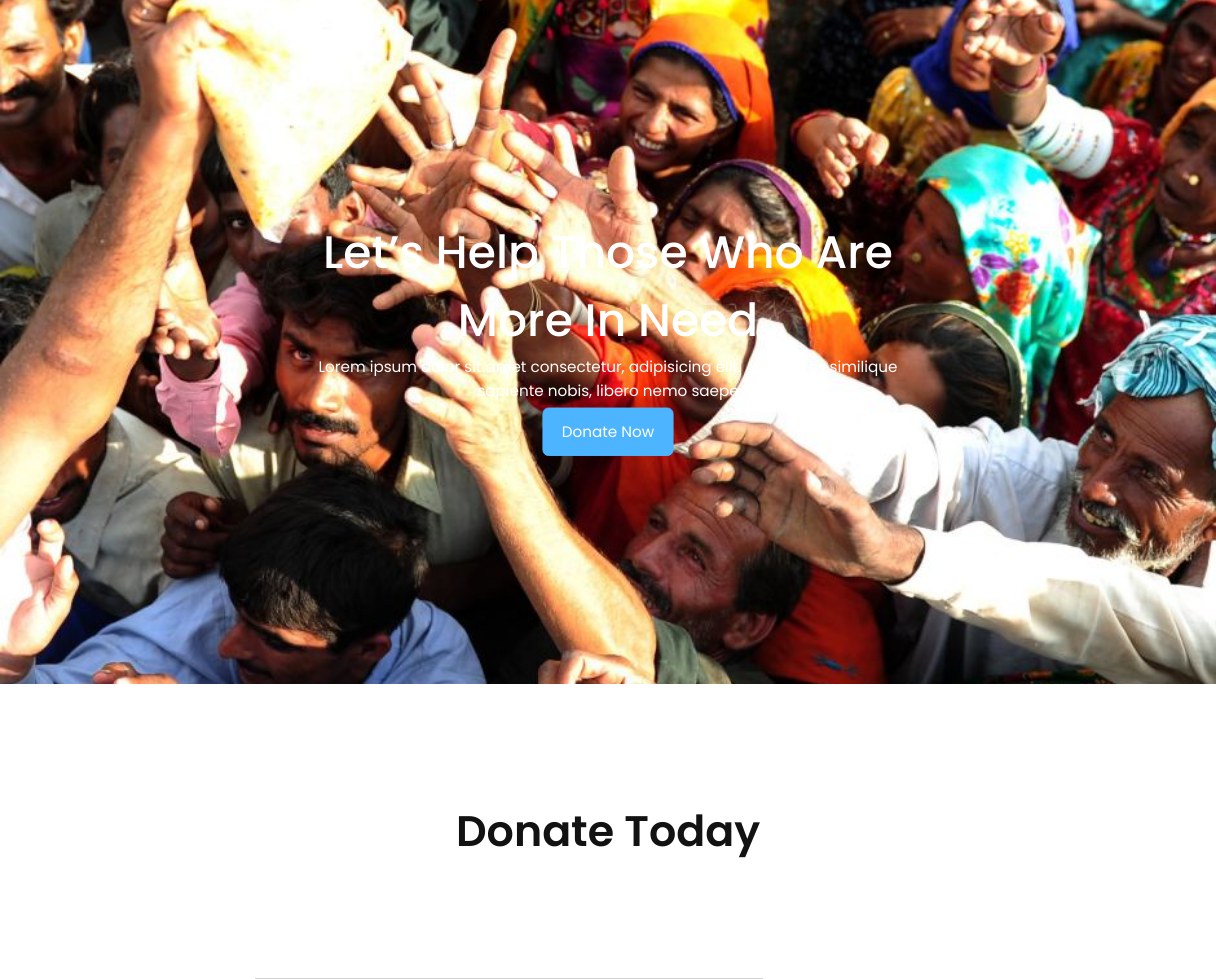
Repository: mdrubel02/donate-website
Page: index.html
An editor plug-in stored every save of this project. The page is shown before and after the next save, followed by the edit.
The browser window is 1280 px wide. The pictures show the whole page, at 95% of full size.

Above is the page before, as saved 2022-07-06 12:39:33.

### index.html
<!DOCTYPE html>
<html lang="en">
<head>
    <meta charset="UTF-8">
    <meta http-equiv="X-UA-Compatible" content="IE=edge">
    <meta name="viewport" content="width=device-width, initial-scale=1.0">
    <title>Our Donate Website</title>
    <link rel="stylesheet" href="./index.css">
</head>
<body>
    <!-- banner section -->
    <section class="banner-section">
            <div class="banner-content">
                <h1>Let’s Help Those Who Are More In Need</h1>
                <p>Lorem ipsum dolor sit amet consectetur, adipisicing elit. Asperiores similique sapiente nobis, libero nemo saepe</p>
                <a href="" class="btn btn-primary">Donate Now</a>
            </div>
    </section>

    <!-------- Donate Today------->
    <section class="container">
            <h2 class="section-title">Donate Today</h2>
    </section>
</body>
</html>

### index.css
/* =====GOOGLE FONTS====== */
@import url('https://fonts.googleapis.com/css2?family=Poppins:wght@300;400;500;600&display=swap');

/* =====COMMON STYLES====== */
* {
    margin: 0;
    padding: 0;
    border: 0;
    outline: 0;
    list-style: none;
    text-decoration: none;
}

body {
    font-family: 'Poppins', sans-serif;
    color: #fff;
}

h1,
h2,
h3,
h4,
h5,
h6 {
    font-weight: 500;
}

img {
    display: block;
    width: 100%;
    object-fit: cover;
}

.container {
    max-width: 1200px;
    margin: 0 auto;
    padding: 0 30px;
    margin-top: 10%;
    margin-bottom: 10%;
    box-sizing: border-box;
}

a {
    color: #fff;
    transition: all 400ms ease;
}

a:hover {
    color: #fff;
}

.btn {
    text-align: center;
    width: max-content;
    display: inline-block;
    color: #fff;
    padding: 0.75rem 1.2rem;
    border-radius: 0.4rem;
    border: 1px solid #4db5ff;
    cursor: pointer;
    transition: all 400ms ease;
}

.btn:hover {
    background: #fff;
    color: #4db5ff;
    border: 1px solid #4db5ff;
}

.btn-primary {
    background: #4db5ff;
    color: #fff;
}

.section-title {
    color: #121212;
    font-weight: 700;
    font-size: 45px;
    line-height: 54px;
    text-align: center;
}

hr {
    border: 1px solid #DADADA;
}


/* ========BANNER SECTION STYLE======== */

.banner-section {
    background-image: url(./images/donation0.jpg);
    background-repeat: no-repeat;
    background-size: cover;
    background-position: center center;
    height: 100vh;
    width: 100%;
    position: relative;
}

.banner-section:after {
    content: "";
    position: absolute;
    top: 0;
    left: 0;
    width: 100%;
    height: 100%;
    background-color: rgba(0, 0, 0, 0.5);
    opacity: .7;
    z-index: -1;
}

.banner-content {
    position: absolute;
    width: 50%;
    top: 32%;
    left: 25%;
    text-align: center;
}

.banner-content h1 {
    font-size: 3rem;
}

.banner-content p {
    margin-bottom: 5px;
}

After the next save:
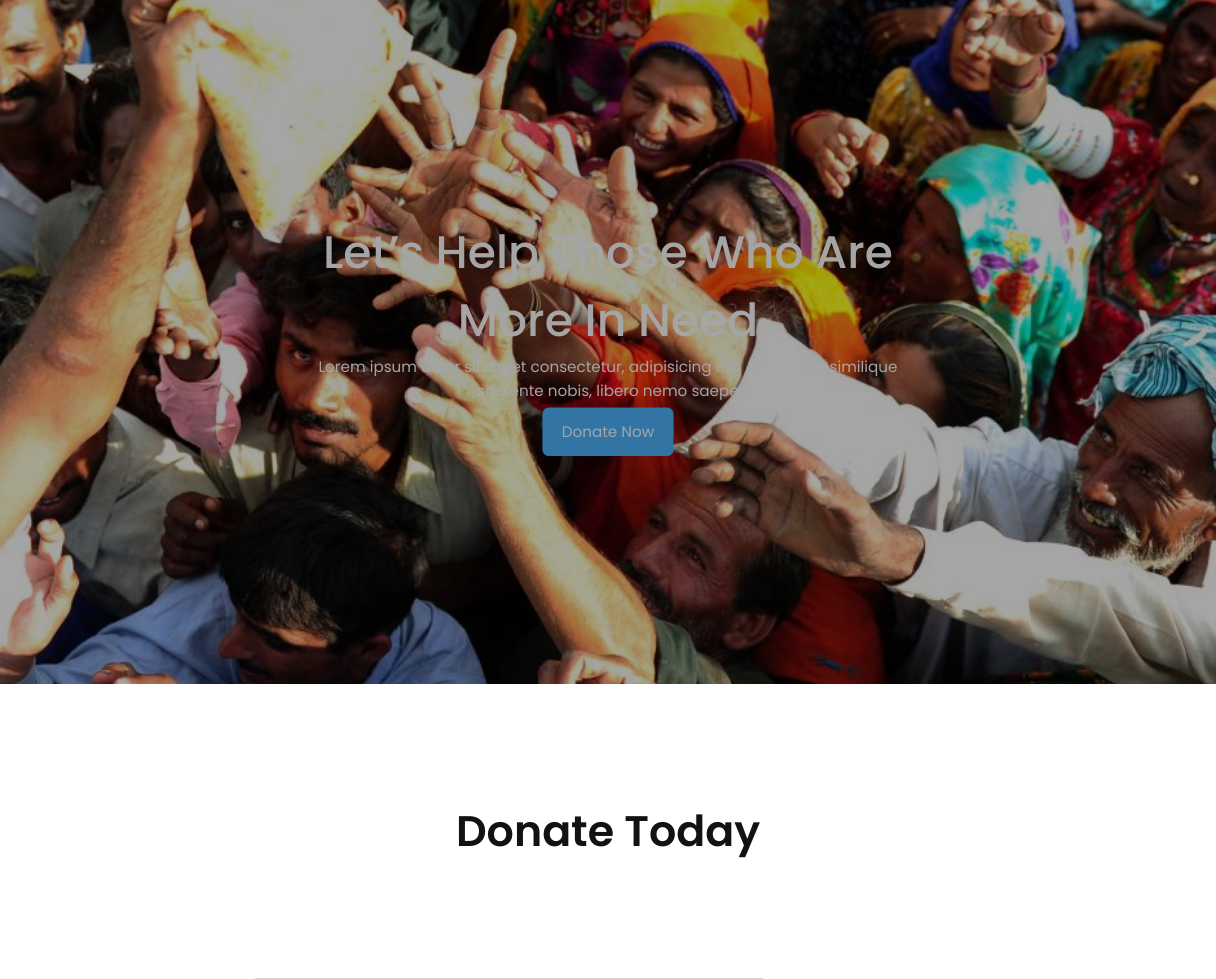
Saved 30 s later.
--- a/index.css
+++ b/index.css
@@ -95,6 +95,7 @@
     height: 100vh;
     width: 100%;
     position: relative;
+
 }
 
 .banner-section:after {
@@ -106,7 +107,7 @@
     height: 100%;
     background-color: rgba(0, 0, 0, 0.5);
     opacity: .7;
-    z-index: -1;
+    z-index: 1;
 }
 
 .banner-content {

After the save that followed:
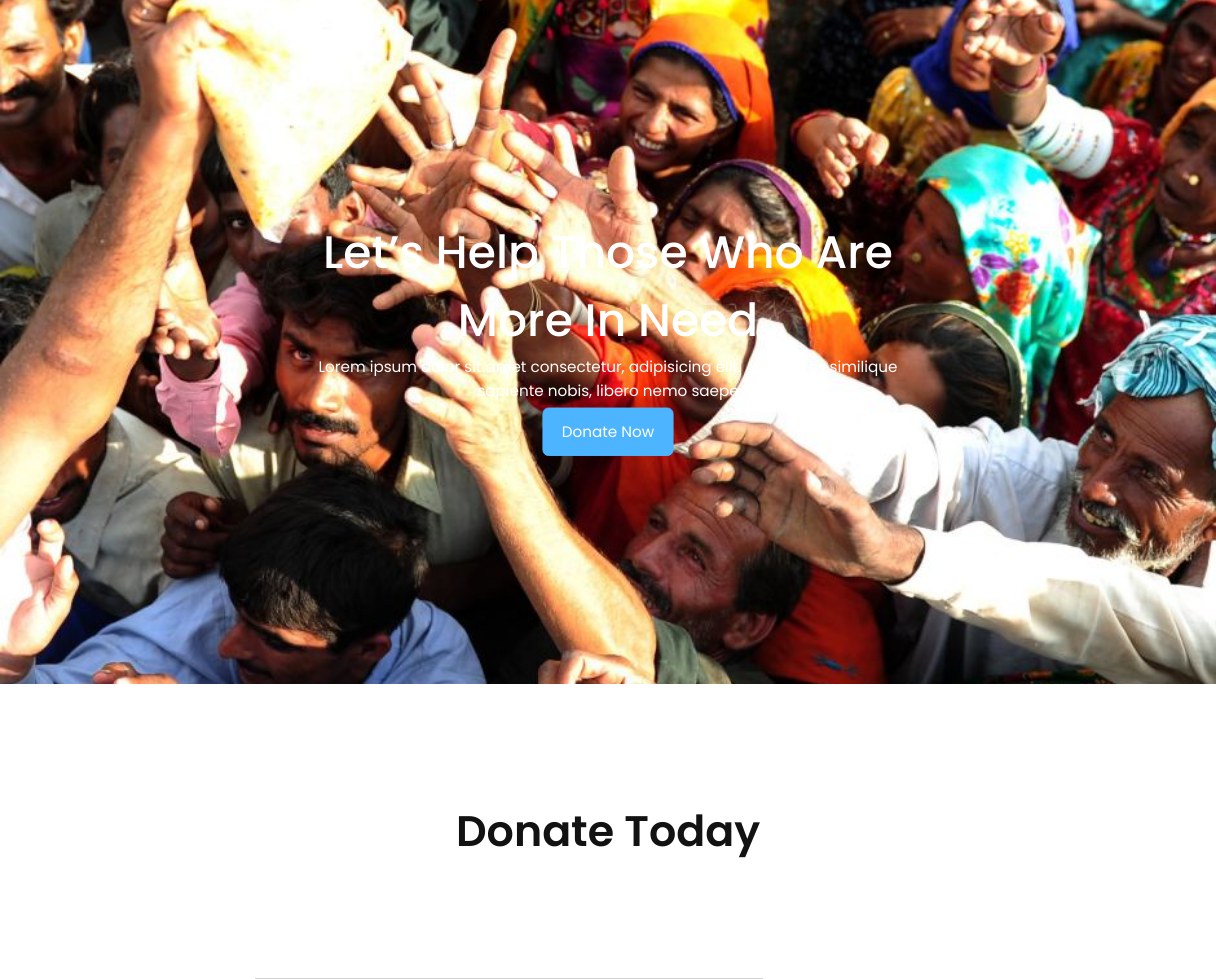
Saved 24 s later.
--- a/index.css
+++ b/index.css
@@ -107,7 +107,7 @@
     height: 100%;
     background-color: rgba(0, 0, 0, 0.5);
     opacity: .7;
-    z-index: 1;
+    z-index: -2;
 }
 
 .banner-content {
